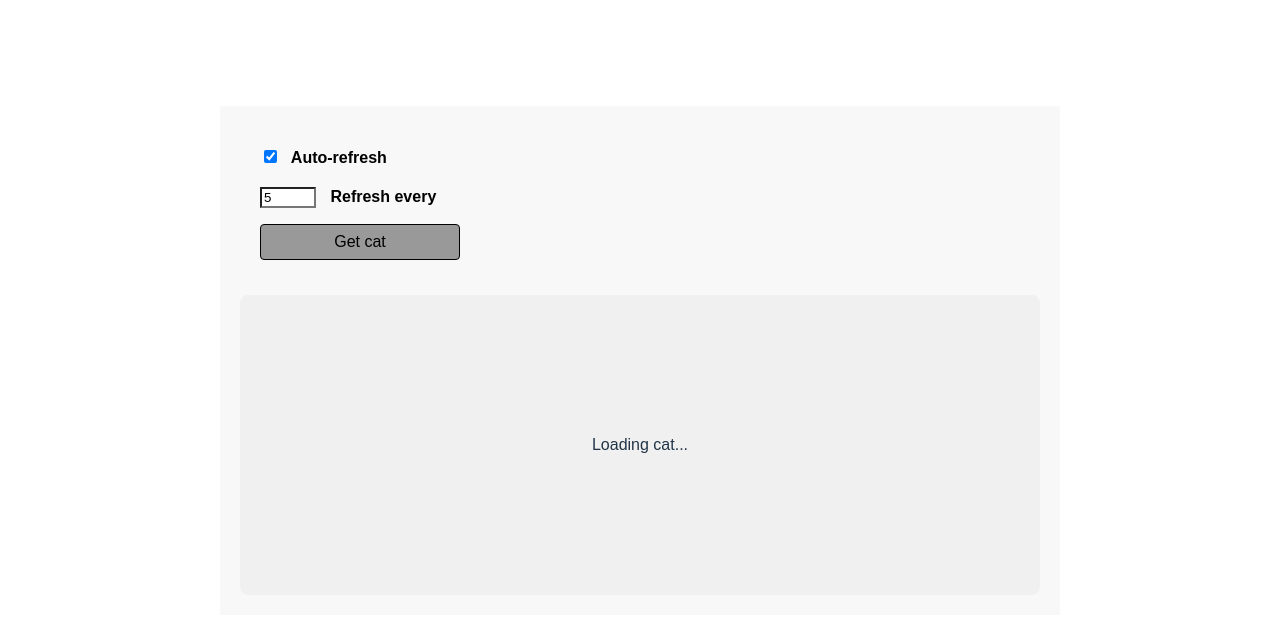
Repository: Pharaoh5/test-assignment5
Page: /
An editor plug-in stored every save of this project. The page is shown before and after the next save, followed by the edit.
The browser window is 1280 px wide. The pictures show the whole page.
The page's requests for data from a server got no answer. The project was rebuilt for these pictures with package versions that can differ from the ones it lists, and the page was loaded fresh each time. No one was signed in, and anything a server would have sent is missing. Also part of the build but not shown: vite.config.ts.

Above is the page before, as saved 2025-04-08 19:36:11.

After the next save:
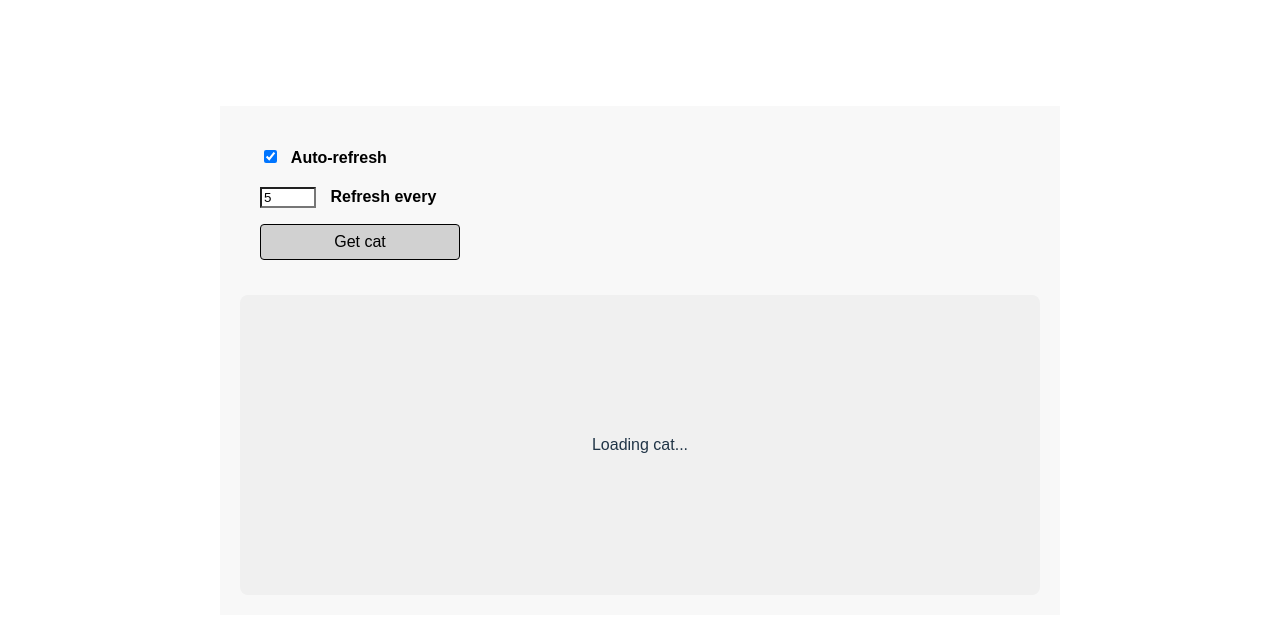
Saved 11 s later.
--- a/src/components/Controls.tsx
+++ b/src/components/Controls.tsx
@@ -21,7 +21,7 @@ const Label = styled.label`
 const Button = styled.button`
   width: 200px;
   padding: 8px 16px;
-  background-color:rgb(153, 153, 153);
+  background-color:rgb(209, 209, 209);
   color: black;
   border: none;
   border-radius: 4px;
